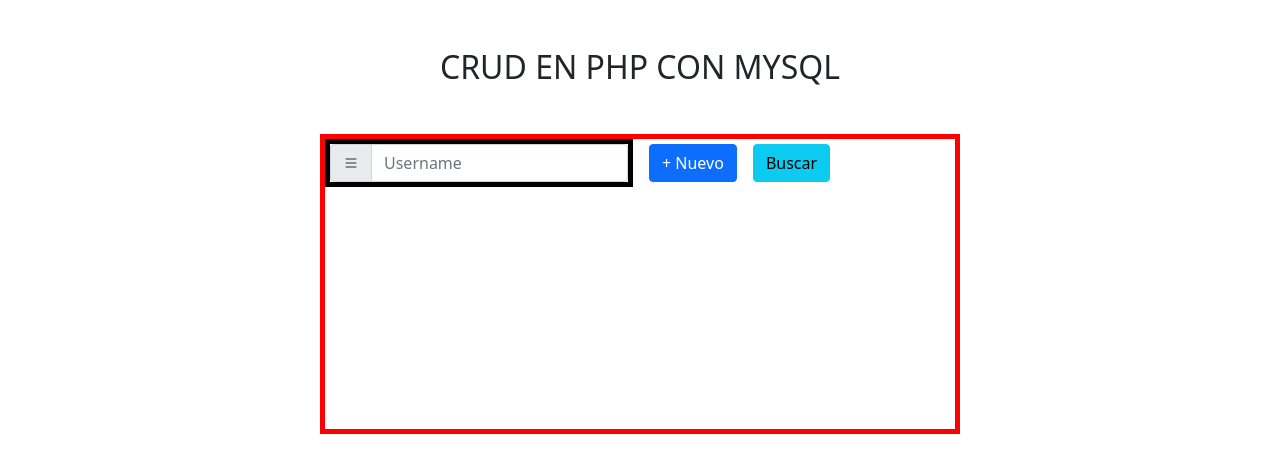
Repository: nder1996/CRUD_SENCILLO
Page: http://localhost/
These files come from the project's save history. The page is drawn as it stood at one moment and after the next save; the edit follows.
The browser window is 1280 px wide. The pictures show the whole page.
The page is run by PHP 8.4 with error messages shown; the project is at /var/www/html/.

Above is the page before, as saved 2021-10-04 19:50:31.

After the next save:
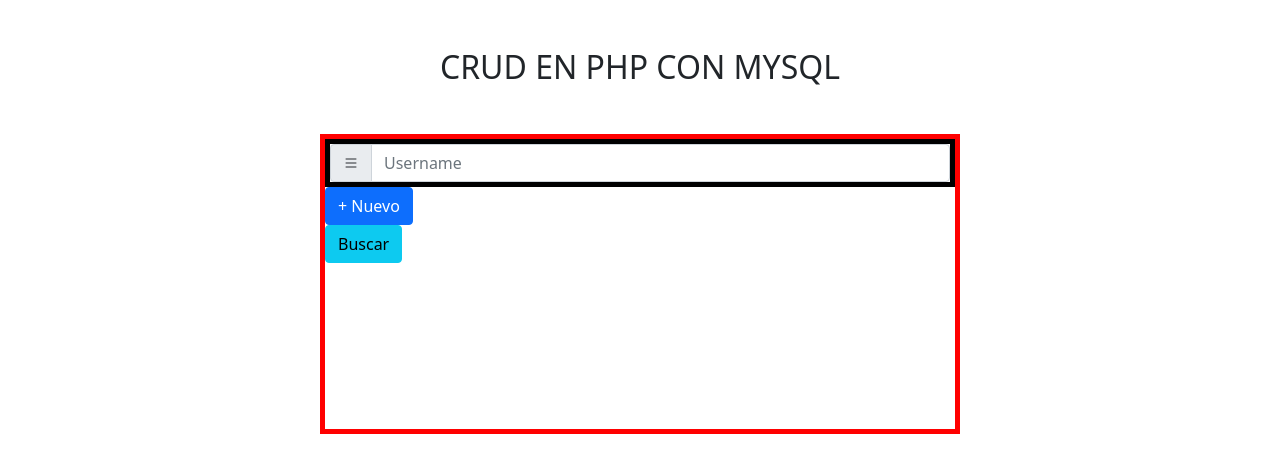
Saved 33 s later.
--- a/CRUD - SILENCIADO/index.php
+++ b/CRUD - SILENCIADO/index.php
@@ -12,7 +12,7 @@
 <body>
     <h2 class="text-center mt-5">CRUD EN PHP CON MYSQL</h2>
     <div class="contenedor mt-5">
-        <form class="row row-cols-lg-auto g-3 align-items-center">
+        <form class="frow row-cols-lg-auto g-3 align-items-center">
             <div class="col-12">
               <label class="visually-hidden" for="inlineFormInputGroupUsername">Username</label>
               <div class="input-group">

After the save that followed:
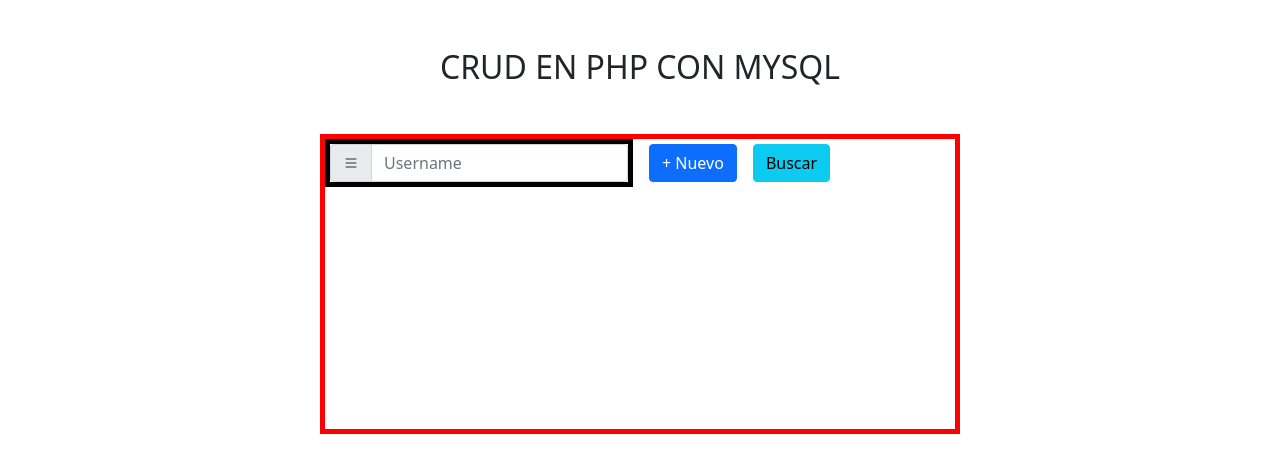
Saved 2 s later.
--- a/CRUD - SILENCIADO/index.php
+++ b/CRUD - SILENCIADO/index.php
@@ -12,7 +12,7 @@
 <body>
     <h2 class="text-center mt-5">CRUD EN PHP CON MYSQL</h2>
     <div class="contenedor mt-5">
-        <form class="frow row-cols-lg-auto g-3 align-items-center">
+        <form class="row row-cols-lg-auto g-3 align-items-center">
             <div class="col-12">
               <label class="visually-hidden" for="inlineFormInputGroupUsername">Username</label>
               <div class="input-group">
